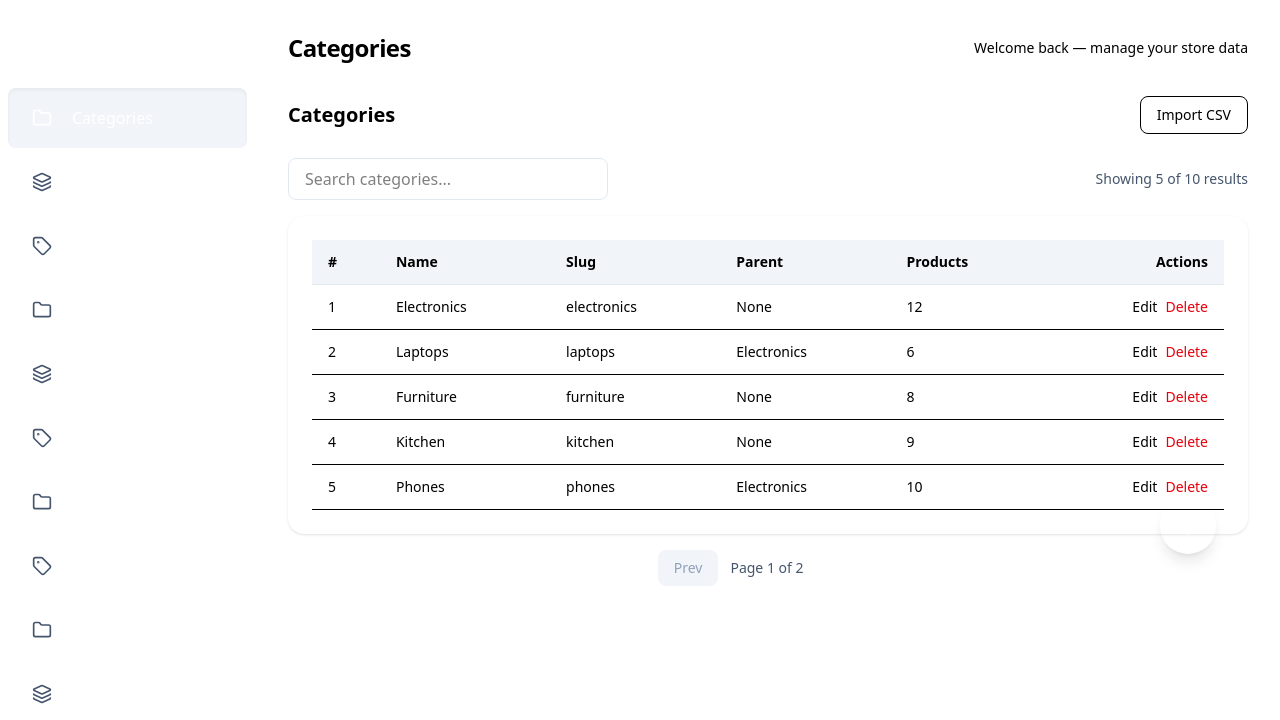
Repository: Ndegwa2/MulistorePOS
Page: /
An editor plug-in stored every save of this project. The page is shown before and after the next save, followed by the edit.
The browser window is 1280 px wide. The pictures show the whole page.
The project was rebuilt for these pictures with package versions that can differ from the ones it lists, and the page was loaded fresh each time. Also part of the build but not shown: vite.config.js, Frontend/EditModal.jsx, Frontend/DeleteConfirm.jsx, Frontend/subcategory.jsx, Frontend/brand.jsx, Frontend/productPanel.jsx, Frontend/stockPanel.jsx, Frontend/salesPanel.jsx and 5 more.

Above is the page before, as saved 2025-10-03 20:36:40.

### index.html
<!DOCTYPE html>
<html lang="en">
  <head>
    <meta charset="UTF-8" />
    <link rel="icon" type="image/svg+xml" href="/vite.svg" />
    <meta name="viewport" content="width=device-width, initial-scale=1.0" />
    <title>Multistore POS</title>
  </head>
  <body class="bg-secondary text-text">
    <div id="root"></div>
    <script type="module" src="/Frontend/main.jsx"></script>
  </body>
</html>

### Frontend/main.jsx
import React from 'react'
import ReactDOM from 'react-dom/client'
import './index.css'
import Dashboard from './dashboaord'

ReactDOM.createRoot(document.getElementById('root')).render(
  <React.StrictMode>
    <Dashboard />
  </React.StrictMode>,
)

### Frontend/dashboaord.jsx
import React, { useState } from "react";
import { Folder, Layers, Tag, Settings, LogOut, ChevronLeft, ChevronRight, Menu } from "lucide-react";

// Assume these exist in your project
import CategoryPanel from "./categoryPanel";
import SubCategoryPanel from "./subcategory";
import BrandPanel from "./brand";
import ProductPanel from "./productPanel";
import StockPanel from "./stockPanel";
import SalesPanel from "./salesPanel";
import AccountingPanel from "./accountingPanel";
import ReportsPanel from "./reportsPanel";
import QuotationsPanel from "./quotationsPanel";
import TransfersPanel from "./transfersPanel";
import UsersPanel from "./usersPanel";

const NAV = [
  { key: "categories", label: "Categories", icon: Folder },
  { key: "subcategories", label: "Subcategories", icon: Layers },
  { key: "brands", label: "Brands", icon: Tag },
  { key: "products", label: "Products", icon: Folder },
  { key: "stock", label: "Stock", icon: Layers },
  { key: "sales", label: "Sales", icon: Tag },
  { key: "accounting", label: "Accounting", icon: Folder },
  { key: "reports", label: "Reports", icon: Tag },
  { key: "quotations", label: "Quotations", icon: Folder },
  { key: "transfers", label: "Transfers", icon: Layers },
  { key: "users", label: "Users", icon: Tag },
];

export default function Dashboard() {
  const [active, setActive] = useState("categories");
  const [sidebarCollapsed, setSidebarCollapsed] = useState(false);

  // small helper for rendering the active panel
  function renderPanel() {
    if (active === "categories") return <CategoryPanel />;
    if (active === "subcategories") return <SubCategoryPanel />;
    if (active === "brands") return <BrandPanel />;
    if (active === "products") return <ProductPanel />;
    if (active === "stock") return <StockPanel />;
    if (active === "sales") return <SalesPanel />;
    if (active === "accounting") return <AccountingPanel />;
    if (active === "reports") return <ReportsPanel />;
    if (active === "quotations") return <QuotationsPanel />;
    if (active === "transfers") return <TransfersPanel />;
    if (active === "users") return <UsersPanel />;
    return <CategoryPanel />;
  }

  return (
    <div className="min-h-screen bg-background text-text flex">
      {/* Sidebar */}
      <aside
        className={`fixed left-0 top-0 h-screen bg-sidebar text-white border-r border-sidebar/20
                   flex flex-col justify-between transition-all duration-300 ${
                     sidebarCollapsed ? 'w-16' : 'w-64'
                   }`}
        aria-label="Sidebar"
      >
        <div>
          {/* Logo / Title and Collapse Toggle */}
          <div className="px-4 py-6 flex items-center justify-between">
            {!sidebarCollapsed && <div className="text-sm font-semibold">Multistore POS</div>}
            <button
              onClick={() => setSidebarCollapsed(!sidebarCollapsed)}
              className="p-1 rounded-md hover:bg-sidebar/20 transition-colors"
            >
              {sidebarCollapsed ? <ChevronRight className="w-4 h-4" /> : <ChevronLeft className="w-4 h-4" />}
            </button>
          </div>

          {/* Nav */}
          <nav className="mt-4 px-2" aria-label="Main navigation">
            {NAV.map((n) => {
              const Icon = n.icon;
              const isActive = active === n.key;
              return (
                <button
                  key={n.key}
                  onClick={() => setActive(n.key)}
                  className={`group w-full flex items-center gap-3 px-4 py-3 my-1 rounded-lg text-left
                              transition-colors duration-150
                              ${isActive ? "bg-slate-100 text-primary shadow-inner" : "hover:bg-slate-100"}`}
                  aria-current={isActive ? "page" : undefined}
                >
                  <div className={`p-2 rounded-md ${isActive ? "bg-primary/10" : "bg-transparent"}`}>
                    <Icon className={`w-5 h-5 ${isActive ? "text-primary" : "text-slate-600"} transition-colors`} />
                  </div>
                  <span className="flex-1">{n.label}</span>
                  {/* subtle chevron or count placeholder (optional) */}
                </button>
              );
            })}
          </nav>
        </div>

        {/* bottom area */}
        <div className="px-4 pb-6">
          <div className="border-t border-slate-200 pt-4 flex flex-col gap-2">
            <button className="flex items-center gap-3 px-3 py-2 rounded-lg hover:bg-slate-100 transition-colors">
              <Settings className="w-4 h-4 text-slate-600" />
              <span className="text-sm text-slate-600">Settings</span>
            </button>
            <button className="flex items-center gap-3 px-3 py-2 rounded-lg hover:bg-slate-100 transition-colors">
              <LogOut className="w-4 h-4 text-slate-600" />
              <span className="text-sm text-slate-600">Logout</span>
            </button>
          </div>
        </div>
      </aside>

      {/* Main content */}
      <main className="flex-1 ml-64 bg-secondary min-h-screen text-text p-8">
        {/* Top header (shows active panel name) */}
        <header className="mb-6">
          <div className="flex items-center justify-between">
            <h2 className="text-2xl font-semibold tracking-tight">
              {NAV.find((n) => n.key === active)?.label}
            </h2>
            <div className="text-sm text-text">Welcome back — manage your store data</div>
          </div>
        </header>

        {/* Content area with simple fade/slide animation */}
        <section
          key={active} /* remounts on active change to trigger transition */
          className="transition duration-300 ease-out transform opacity-0 translate-y-2 animate-fade-in"
          style={{ animationFillMode: "forwards", animationDuration: "220ms" }}
        >
          <div className="bg-transparent">
            {renderPanel()}
          </div>
        </section>
      </main>

      {/* small global styles for the fade-in animation (Tailwind can't define keyframes inline) */}
      <style>{`
        @keyframes fadeIn {
          from { opacity: 0; transform: translateY(6px); }
          to { opacity: 1; transform: translateY(0); }
        }
        .animate-fade-in {
          animation-name: fadeIn;
        }
      `}</style>
    </div>
  );
}

### Frontend/categoryPanel.jsx
import React, { useState } from "react";
import EditModal from "./EditModal";
import DeleteConfirm from "./DeleteConfirm";

export default function CategoryPanel() {
  const [categories, setCategories] = useState([
    { id: 1, name: "Electronics", slug: "electronics", parent: "None", count: 12 },
    { id: 2, name: "Laptops", slug: "laptops", parent: "Electronics", count: 6 },
    { id: 3, name: "Furniture", slug: "furniture", parent: "None", count: 8 },
    { id: 4, name: "Kitchen", slug: "kitchen", parent: "None", count: 9 },
    { id: 5, name: "Phones", slug: "phones", parent: "Electronics", count: 10 },
    { id: 6, name: "Accessories", slug: "accessories", parent: "Electronics", count: 4 },
    { id: 7, name: "Chairs", slug: "chairs", parent: "Furniture", count: 7 },
    { id: 8, name: "Tables", slug: "tables", parent: "Furniture", count: 5 },
    { id: 9, name: "Home Decor", slug: "home-decor", parent: "None", count: 11 },
    { id: 10, name: "Audio", slug: "audio", parent: "Electronics", count: 3 },
  ]);

  const [showModal, setShowModal] = useState(false);
  const [newCategory, setNewCategory] = useState({ name: "", slug: "", parent: "", description: "" });
  const [searchTerm, setSearchTerm] = useState("");
  const [currentPage, setCurrentPage] = useState(1);
  const itemsPerPage = 5;

  const [showEditModal, setShowEditModal] = useState(false);
  const [editingItem, setEditingItem] = useState(null);
  const [showDeleteConfirm, setShowDeleteConfirm] = useState(false);
  const [deletingItem, setDeletingItem] = useState(null);

  // Derived filtered categories
  const filtered = categories.filter(
    (c) =>
      c.name.toLowerCase().includes(searchTerm.toLowerCase()) ||
      c.slug.toLowerCase().includes(searchTerm.toLowerCase())
  );

  // Pagination logic
  const totalPages = Math.ceil(filtered.length / itemsPerPage);
  const paginated = filtered.slice((currentPage - 1) * itemsPerPage, currentPage * itemsPerPage);

  const handleAdd = () => setShowModal(true);

  const handleSave = () => {
    if (newCategory.name.trim() === "") return;
    setCategories([...categories, { ...newCategory, id: Date.now(), count: 0 }]);
    setNewCategory({ name: "", slug: "", parent: "", description: "" });
    setShowModal(false);
  };

  const handleSearch = (e) => {
    setSearchTerm(e.target.value);
    setCurrentPage(1);
  };

  const handleEdit = (item) => {
    setEditingItem(item);
    setShowEditModal(true);
  };

  const handleEditSave = (updated) => {
    setCategories(categories.map(c => c.id === updated.id ? updated : c));
    setShowEditModal(false);
  };

  const handleDelete = (item) => {
    setDeletingItem(item);
    setShowDeleteConfirm(true);
  };

  const handleDeleteConfirm = () => {
    setCategories(categories.filter(c => c.id !== deletingItem.id));
    setShowDeleteConfirm(false);
  };

  return (
    <div className="text-text font-sans">
      {/* Header */}
      <div className="flex flex-col sm:flex-row justify-between sm:items-center mb-6 gap-3">
        <h2 className="text-xl font-semibold">Categories</h2>
        <div className="flex gap-3">
          <button
            className="bg-primary text-white px-4 py-2 rounded-lg hover:bg-slate-700 text-sm"
            onClick={handleAdd}
          >
            + New Category
          </button>
          <button className="border border-primary text-primary px-4 py-2 rounded-lg hover:bg-slate-100 text-sm">
            Import CSV
          </button>
        </div>
      </div>

      {/* Search */}
      <div className="mb-4 flex justify-between items-center flex-wrap gap-3">
        <input
          type="text"
          placeholder="Search categories..."
          value={searchTerm}
          onChange={handleSearch}
          className="w-full sm:w-1/3 bg-white text-text px-4 py-2 rounded-lg border border-slate-200 focus:ring-2 focus:ring-primary outline-none"
        />
        <span className="text-sm text-slate-600">
          Showing {paginated.length} of {filtered.length} results
        </span>
      </div>

      {/* Table */}
      <div className="bg-white rounded-2xl shadow p-6 overflow-x-auto">
        <table className="w-full text-left border-collapse text-sm">
          <thead className="bg-slate-100 border-b border-slate-200">
            <tr>
              <th className="py-3 px-4">#</th>
              <th className="py-3 px-4">Name</th>
              <th className="py-3 px-4">Slug</th>
              <th className="py-3 px-4">Parent</th>
              <th className="py-3 px-4">Products</th>
              <th className="py-3 px-4 text-right">Actions</th>
            </tr>
          </thead>
          <tbody>
            {paginated.map((cat, idx) => (
              <tr key={cat.id} className="border-b hover:bg-slate-50">
                <td className="py-3 px-4">{(currentPage - 1) * itemsPerPage + idx + 1}</td>
                <td className="py-3 px-4">{cat.name}</td>
                <td className="py-3 px-4">{cat.slug}</td>
                <td className="py-3 px-4">{cat.parent}</td>
                <td className="py-3 px-4">{cat.count}</td>
                <td className="py-3 px-4 text-right space-x-2">
                  <button
                    onClick={() => handleEdit(cat)}
                    className="text-primary hover:underline"
                  >
                    Edit
                  </button>
                  <button
                    onClick={() => handleDelete(cat)}
                    className="text-red-600 hover:underline"
                  >
                    Delete
                  </button>
                </td>
              </tr>
            ))}
          </tbody>
        </table>
      </div>

      {/* Pagination Controls */}
      <div className="flex justify-center gap-3 mt-4">
        <button
          disabled={currentPage === 1}
          onClick={() => setCurrentPage(currentPage - 1)}
          className={`px-4 py-2 rounded-lg text-sm ${
            currentPage === 1 ? "bg-slate-100 text-slate-400" : "bg-primary text-white hover:bg-slate-700"
          }`}
        >
          Prev
        </button>
        <span className="text-slate-600 text-sm self-center">
          Page {currentPage} of {totalPages}
        </span>
        <button
          disabled={currentPage === totalPages}
          onClick={() => setCurrentPage(currentPage + 1)}
          className={`px-4 py-2 rounded-lg text-sm ${
            currentPage === totalPages
              ? "bg-slate-100 text-slate-400"
              : "bg-primary text-white hover:bg-slate-700"
          }`}
        >
          Next
        </button>
      </div>

      {/* Floating Add Button */}
      <button
        onClick={handleAdd}
        className="fixed bottom-8 right-8 bg-primary hover:bg-slate-700 w-14 h-14 flex items-center justify-center rounded-full shadow-lg text-white"
      >
        <span className="text-2xl">＋</span>
      </button>

      {/* Modal */}
      {showModal && (
        <div className="fixed inset-0 bg-black/50 flex items-center justify-center z-50">
          <div className="bg-white p-6 rounded-xl w-full max-w-md shadow-2xl border border-slate-200">
            <h2 className="text-lg font-semibold mb-4">Add New Category</h2>

            <div className="space-y-4">
              <div>
                <label className="text-sm text-slate-600">Name</label>
                <input
                  type="text"
                  value={newCategory.name}
                  onChange={(e) => setNewCategory({ ...newCategory, name: e.target.value })}
                  className="w-full mt-1 bg-white border border-slate-200 rounded-lg px-3 py-2 outline-none focus:ring-2 focus:ring-primary"
                />
              </div>
              <div>
                <label className="text-sm text-slate-600">Slug</label>
                <input
                  type="text"
                  value={newCategory.slug}
                  onChange={(e) => setNewCategory({ ...newCategory, slug: e.target.value })}
                  className="w-full mt-1 bg-white border border-slate-200 rounded-lg px-3 py-2 outline-none focus:ring-2 focus:ring-primary"
                />
              </div>
              <div>
                <label className="text-sm text-slate-600">Parent</label>
                <select
                  value={newCategory.parent}
                  onChange={(e) => setNewCategory({ ...newCategory, parent: e.target.value })}
                  className="w-full mt-1 bg-white border border-slate-200 rounded-lg px-3 py-2 outline-none focus:ring-2 focus:ring-primary"
                >
                  <option value="">None</option>
                  {categories
                    .filter((c) => c.parent === "None")
                    .map((c) => (
                      <option key={c.id}>{c.name}</option>
                    ))}
                </select>
              </div>
              <div>
                <label className="text-sm text-slate-600">Description</label>
                <textarea
                  rows="3"
                  value={newCategory.description}
                  onChange={(e) => setNewCategory({ ...newCategory, description: e.target.value })}
                  className="w-full mt-1 bg-white border border-slate-200 rounded-lg px-3 py-2 outline-none focus:ring-2 focus:ring-primary"
                ></textarea>
              </div>
            </div>

            <div className="flex justify-end gap-3 mt-6">
              <button
                onClick={() => setShowModal(false)}
                className="px-4 py-2 bg-slate-100 hover:bg-slate-200 rounded-lg"
              >
                Cancel
              </button>
              <button
                onClick={handleSave}
                className="px-4 py-2 bg-primary text-white hover:bg-slate-700 rounded-lg"
              >
                Save
              </button>
            </div>
          </div>
        </div>
      )}

      <EditModal
        isOpen={showEditModal}
        onClose={() => setShowEditModal(false)}
        onSave={handleEditSave}
        initialData={editingItem}
        fields={[
          { name: 'name', label: 'Name', type: 'text' },
          { name: 'slug', label: 'Slug', type: 'text' },
          { name: 'parent', label: 'Parent', type: 'select', options: ['None', ...categories.filter(c => c.parent === 'None').map(c => c.name)] },
          { name: 'description', label: 'Description', type: 'textarea' }
        ]}
      />

      <DeleteConfirm
        isOpen={showDeleteConfirm}
        onClose={() => setShowDeleteConfirm(false)}
        onConfirm={handleDeleteConfirm}
        itemName={deletingItem?.name}
      />
    </div>
  );
}

Loaded but not shown: Frontend/index.css (common file)

After the next save:
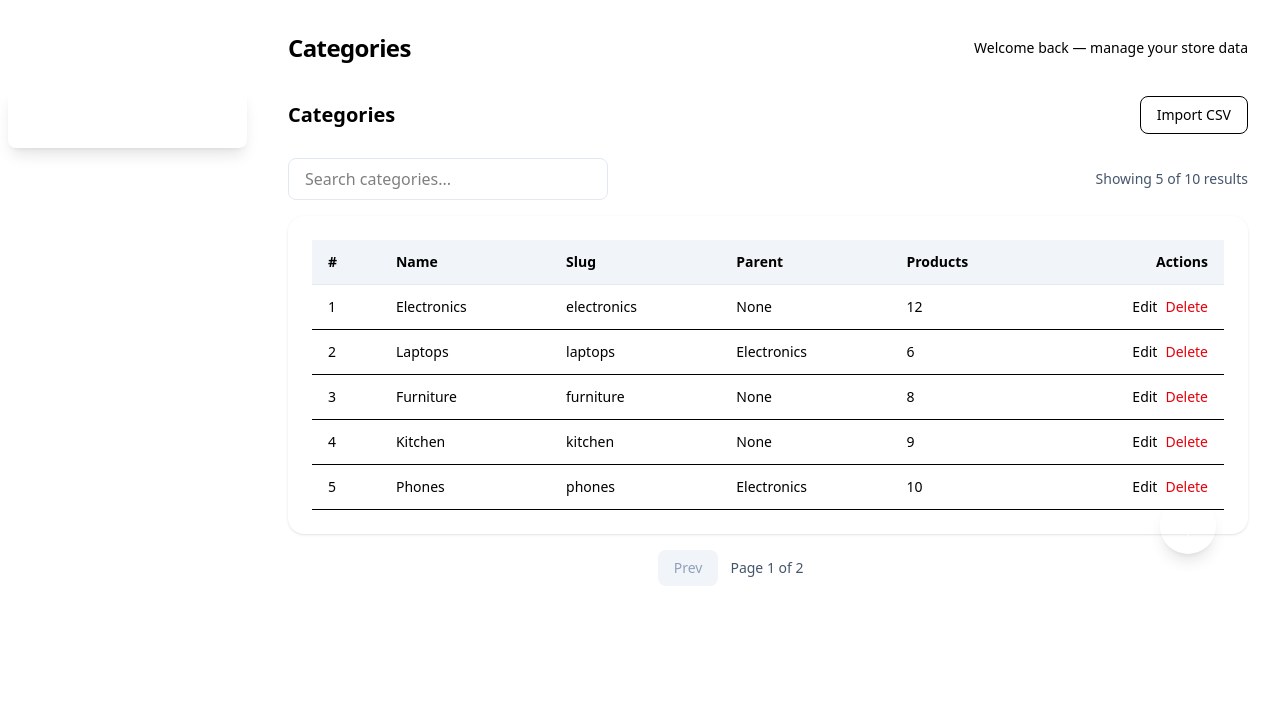
Saved 11 s later.
--- a/Frontend/dashboaord.jsx
+++ b/Frontend/dashboaord.jsx
@@ -80,14 +80,14 @@ export default function Dashboard() {
                   key={n.key}
                   onClick={() => setActive(n.key)}
                   className={`group w-full flex items-center gap-3 px-4 py-3 my-1 rounded-lg text-left
-                              transition-colors duration-150
-                              ${isActive ? "bg-slate-100 text-primary shadow-inner" : "hover:bg-slate-100"}`}
+                              transition-all duration-200 hover:scale-105
+                              ${isActive ? "bg-primary text-white shadow-lg shadow-primary/25" : "hover:bg-sidebar/20 text-white/80"}`}
                   aria-current={isActive ? "page" : undefined}
                 >
-                  <div className={`p-2 rounded-md ${isActive ? "bg-primary/10" : "bg-transparent"}`}>
-                    <Icon className={`w-5 h-5 ${isActive ? "text-primary" : "text-slate-600"} transition-colors`} />
+                  <div className={`p-2 rounded-md ${isActive ? "bg-white/20" : "bg-transparent"}`}>
+                    <Icon className="w-5 h-5 transition-colors" />
                   </div>
-                  <span className="flex-1">{n.label}</span>
+                  {!sidebarCollapsed && <span className="flex-1">{n.label}</span>}
                   {/* subtle chevron or count placeholder (optional) */}
                 </button>
               );
